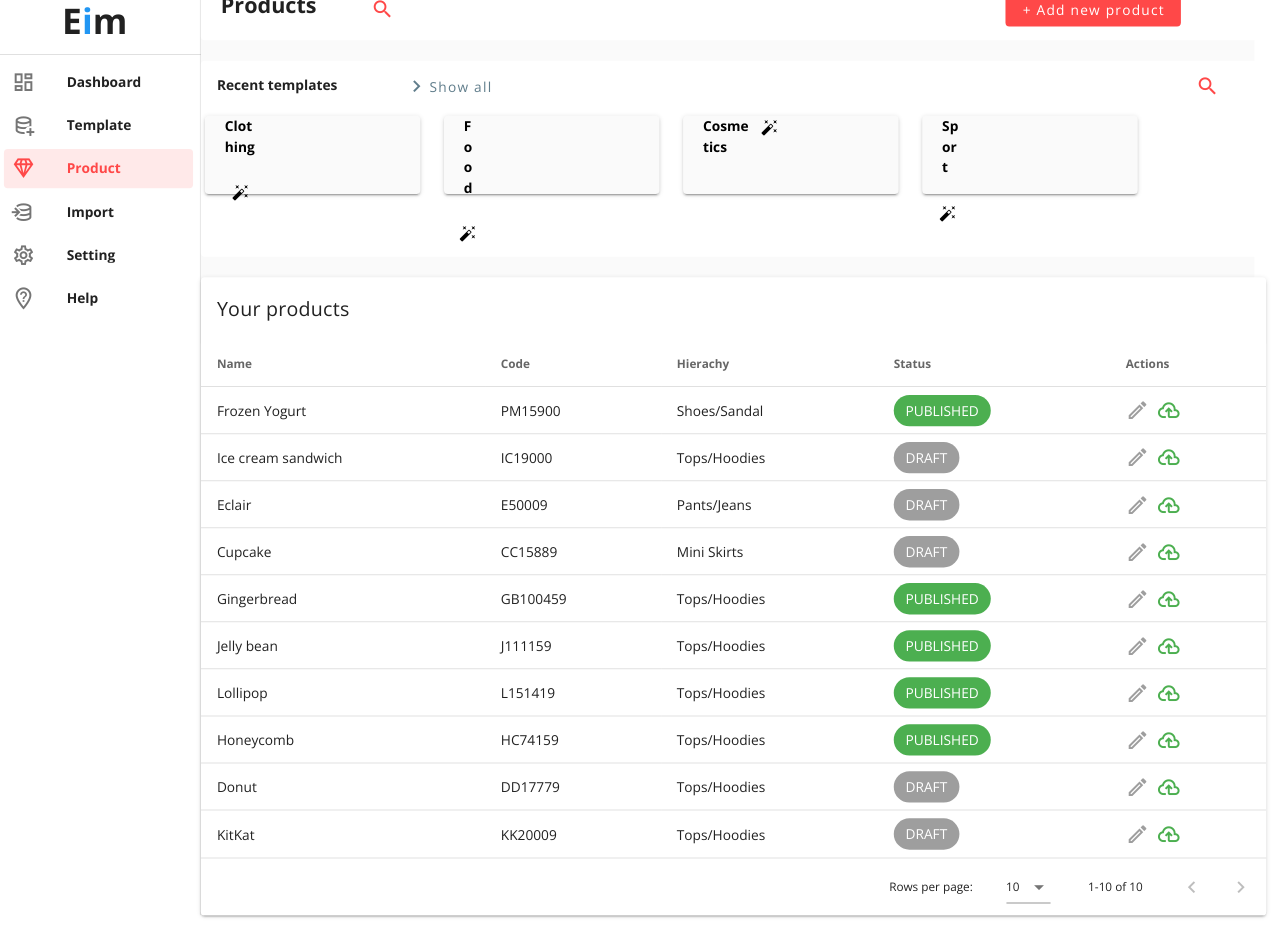
Repository: nguyenphuong152/pim-template
Page: /product
The author's editor kept a copy of each file at every save. The page is drawn from the files as they stood at one save, then again after the next save.
The browser window is 1280 px wide. The page is 1304 px wide, so the pictures cover 1304 px, including what lies to the right of the window. The pictures show the whole page, at 98% of full size.
The project was rebuilt for these pictures with package versions that can differ from the ones it lists, and the page was loaded fresh each time. Also part of the build but not shown: vue.config.js, src/views/Home.vue, src/components/Outcome_1/SearchTemplate.vue, src/components/Outcome_1/YourTemplate.vue, src/components/Outcome_1/ListComponent.vue, src/components/Outcome_1/AddInfo.vue, src/components/Outcome_1/AddDetail.vue, src/components/Outcome_1/ListComponentProgressive.vue and 18 more.

Above is the page before, as saved 2021-01-19 09:34:07.

After the next save:
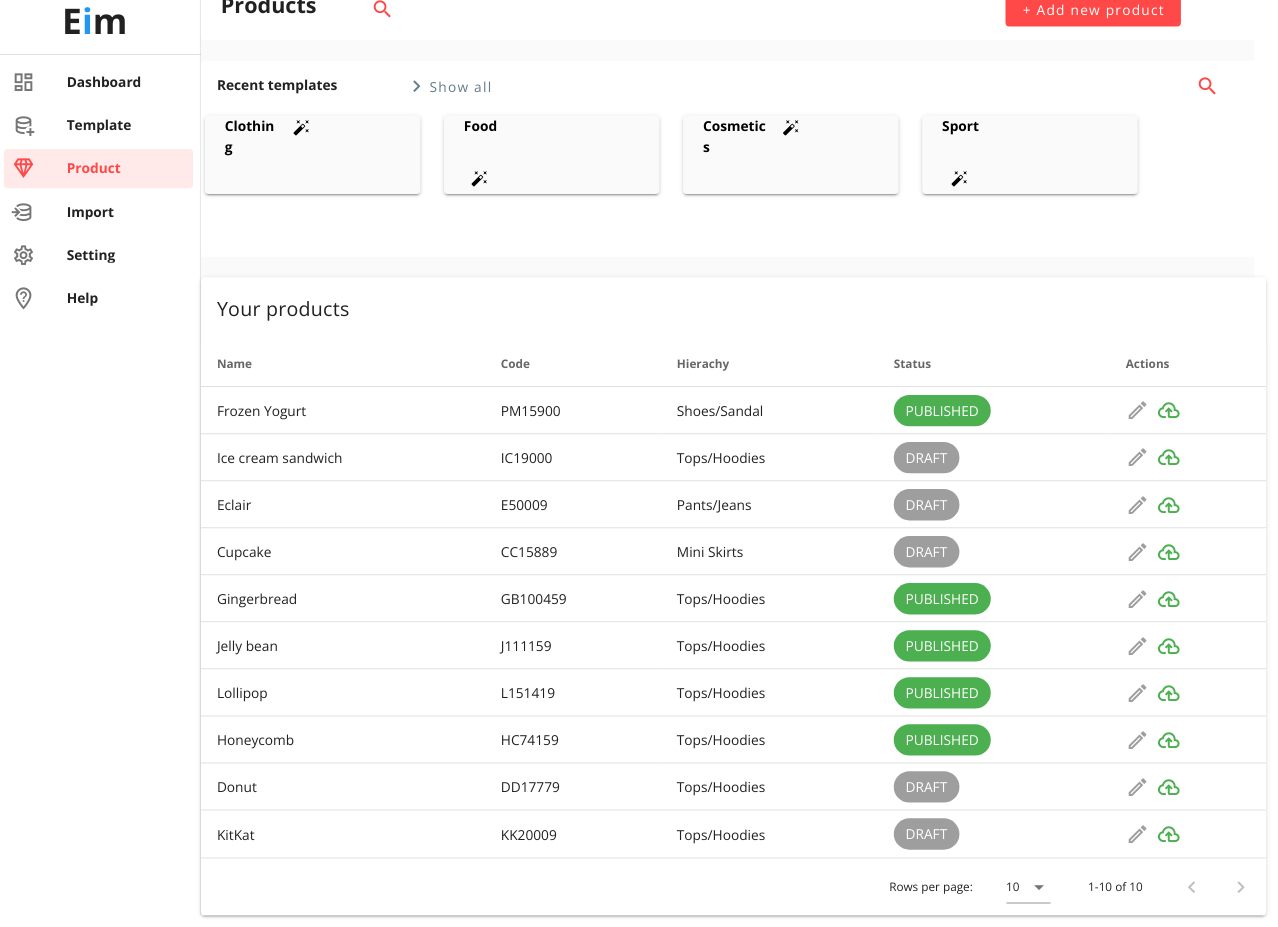
Saved 15 s later.
--- a/src/components/Outcome_2/RecentTemplate.vue
+++ b/src/components/Outcome_2/RecentTemplate.vue
@@ -68,7 +68,7 @@
         height="80"
         @click="addProduct(item.name)"
       >
-        <div class="d-flex child-flex justify-space-between">
+        <div class="d-flex justify-space-between">
           <v-row>
             <v-col class="text-start pl-8" cols="10">
               <span class="template-title font-weight-bold black--text">{{
